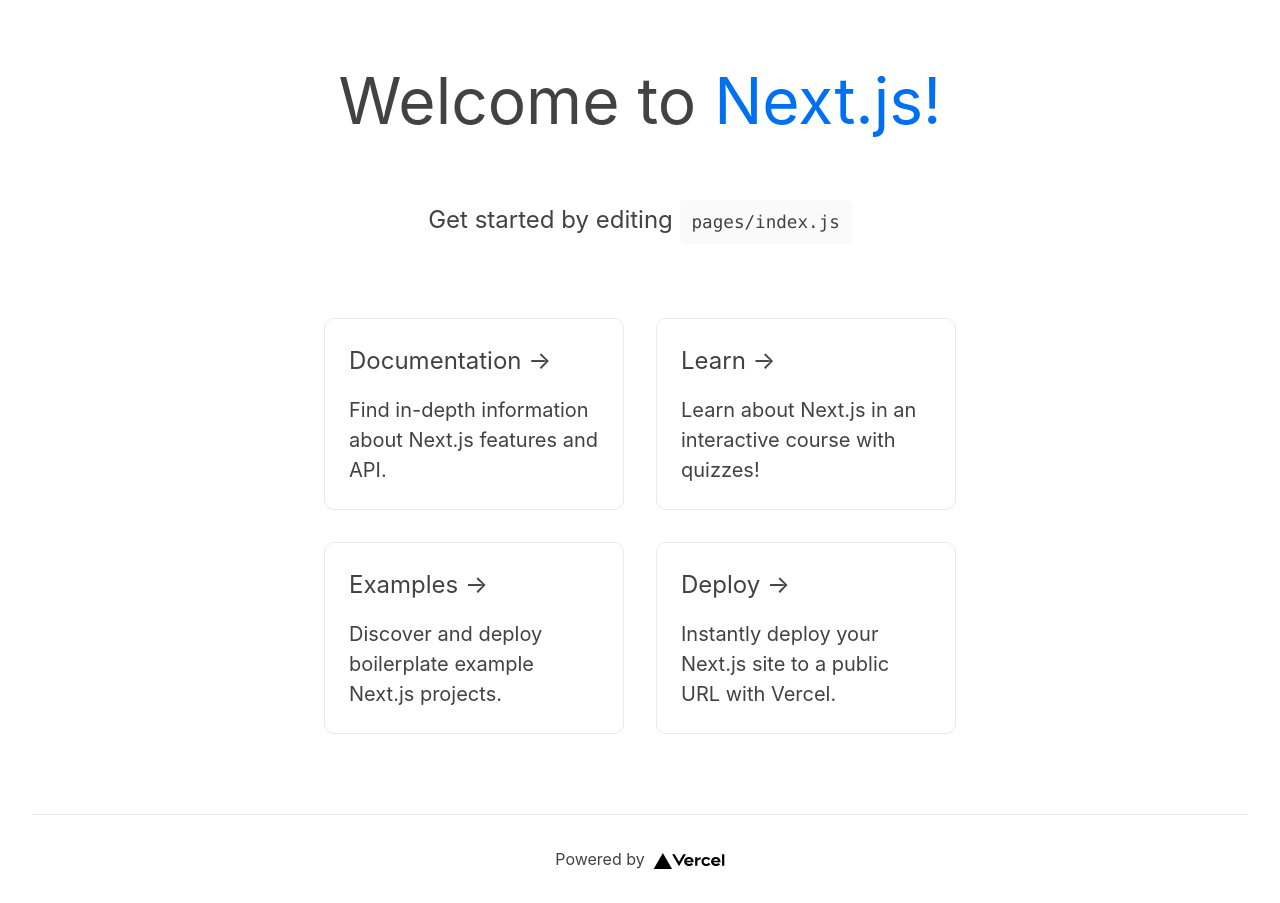
Repository: rayner-villalba-coderoad-com/spotify-clone
Page: /
These files come from the project's save history. The page is drawn as it stood at one moment and after a run of saves; the edit follows.
The browser window is 1280 px wide. The pictures show the whole page.
The project was rebuilt for these pictures with package versions that can differ from the ones it lists, and the page was loaded fresh each time. The framework's server and built-in components were replaced by stand-ins that run in the browser. Also part of the build but not shown: next.config.js.

Above is the page before, as saved 2022-01-03 17:34:30.

### pages/_app.tsx
import {ChakraProvider, extendTheme} from '@chakra-ui/react';
import 'reset-css';

const theme = extendTheme({
  colors: {
    gray: {
      100: '#f5f5f5',
      200: '#eeeeee',
      300: '#e0e0e0',
      400: '#bdbdbd',
      500: '#9e9e9e',
      600: '#757575',
      700: '#717171',
      800: '#424242',
      900: '#212121',
    },
  },
  components: {
    Button: {
      variants: {
        link: {
          ':focus': {
            outline: 'none',
            boxShadow: 'none',
          },
        },
      },
    },
  },
});

const  MyApp = ({ Component, pageProps }) => {
  return (
    <ChakraProvider theme={theme}>
      <Component {...pageProps} />
    </ChakraProvider>
  );
}

export default MyApp

### pages/index.tsx
import Head from 'next/head'
import Image from 'next/image'
import styles from '../styles/Home.module.css'

const Home = () => {
  return (
    <div className={styles.container}>
      <Head>
        <title>Create Next App</title>
        <meta name="description" content="Generated by create next app" />
        <link rel="icon" href="/favicon.ico" />
      </Head>

      <main className={styles.main}>
        <h1 className={styles.title}>
          Welcome to <a href="https://nextjs.org">Next.js!</a>
        </h1>

        <p className={styles.description}>
          Get started by editing{' '}
          <code className={styles.code}>pages/index.js</code>
        </p>

        <div className={styles.grid}>
          <a href="https://nextjs.org/docs" className={styles.card}>
            <h2>Documentation &rarr;</h2>
            <p>Find in-depth information about Next.js features and API.</p>
          </a>

          <a href="https://nextjs.org/learn" className={styles.card}>
            <h2>Learn &rarr;</h2>
            <p>Learn about Next.js in an interactive course with quizzes!</p>
          </a>

          <a
            href="https://github.com/vercel/next.js/tree/master/examples"
            className={styles.card}
          >
            <h2>Examples &rarr;</h2>
            <p>Discover and deploy boilerplate example Next.js projects.</p>
          </a>

          <a
            href="https://vercel.com/new?utm_source=create-next-app&utm_medium=default-template&utm_campaign=create-next-app"
            className={styles.card}
          >
            <h2>Deploy &rarr;</h2>
            <p>
              Instantly deploy your Next.js site to a public URL with Vercel.
            </p>
          </a>
        </div>
      </main>

      <footer className={styles.footer}>
        <a
          href="https://vercel.com?utm_source=create-next-app&utm_medium=default-template&utm_campaign=create-next-app"
          target="_blank"
          rel="noopener noreferrer"
        >
          Powered by{' '}
          <span className={styles.logo}>
            <Image src="/vercel.svg" alt="Vercel Logo" width={72} height={16} />
          </span>
        </a>
      </footer>
    </div>
  )
};

export default Home;

### components/playerLayout.tsx
import {Box} from '@chakra-ui/layout';

const PlayerLayout = ({children}) => {
  return (
    <Box>
      PLayer Layout
      {children}
    </Box>
  );
};

export default PlayerLayout;

Loaded but not shown: styles/Home.module.css (common file)

After the next 2 saves:
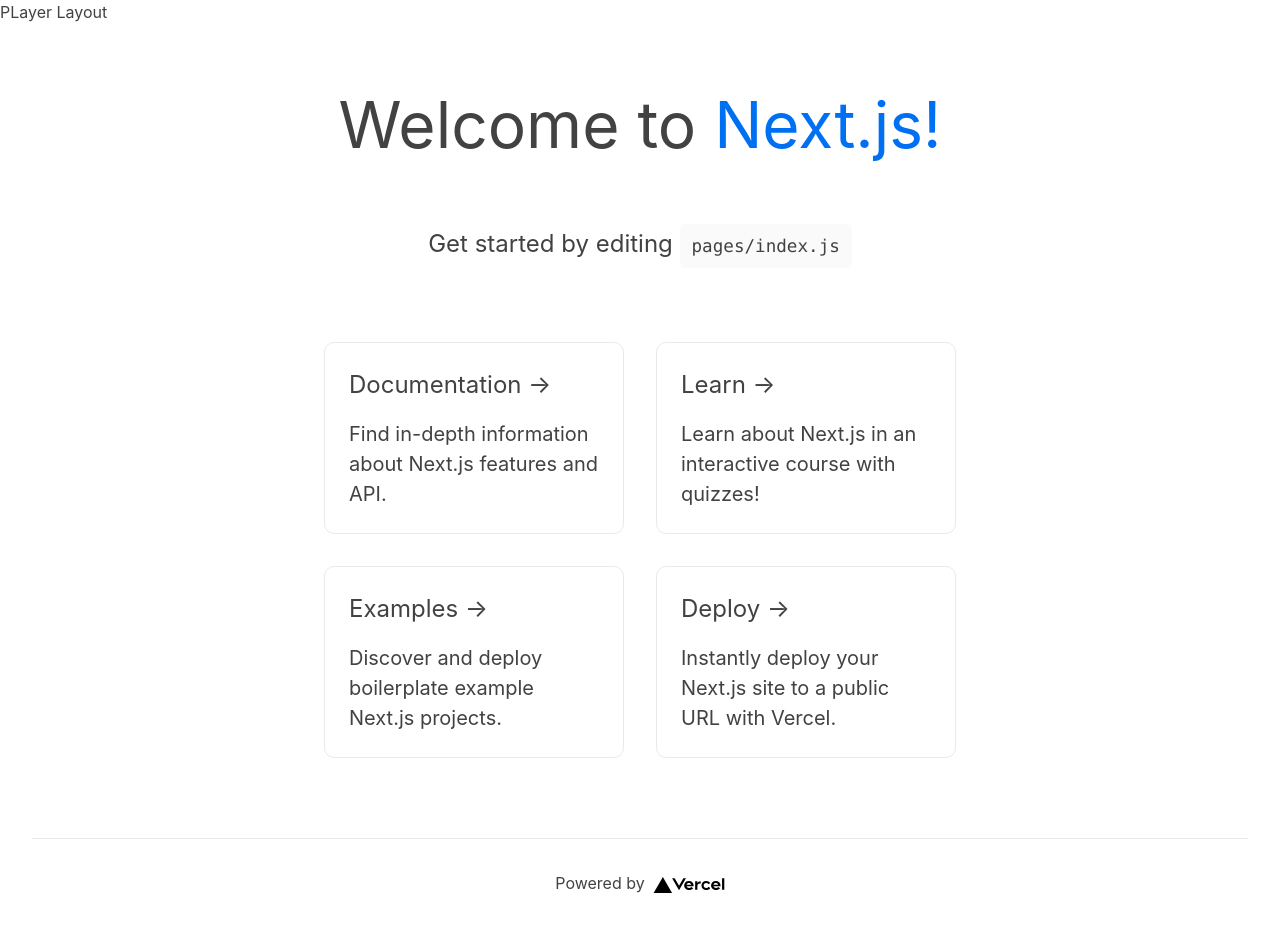
The 2 saves are shown as one change because 1 did not build or start.
The last was saved 3 min 2 s later.
--- a/pages/_app.tsx
+++ b/pages/_app.tsx
@@ -1,5 +1,7 @@
 import {ChakraProvider, extendTheme} from '@chakra-ui/react';
 import 'reset-css';
+
+import PlayerLayout from '../components/playerLayout';
 
 const theme = extendTheme({
   colors: {
@@ -32,7 +34,9 @@
 const  MyApp = ({ Component, pageProps }) => {
   return (
     <ChakraProvider theme={theme}>
-      <Component {...pageProps} />
+      <PlayerLayout>
+        <Component {...pageProps} />
+      </PlayerLayout>
     </ChakraProvider>
   );
 }
